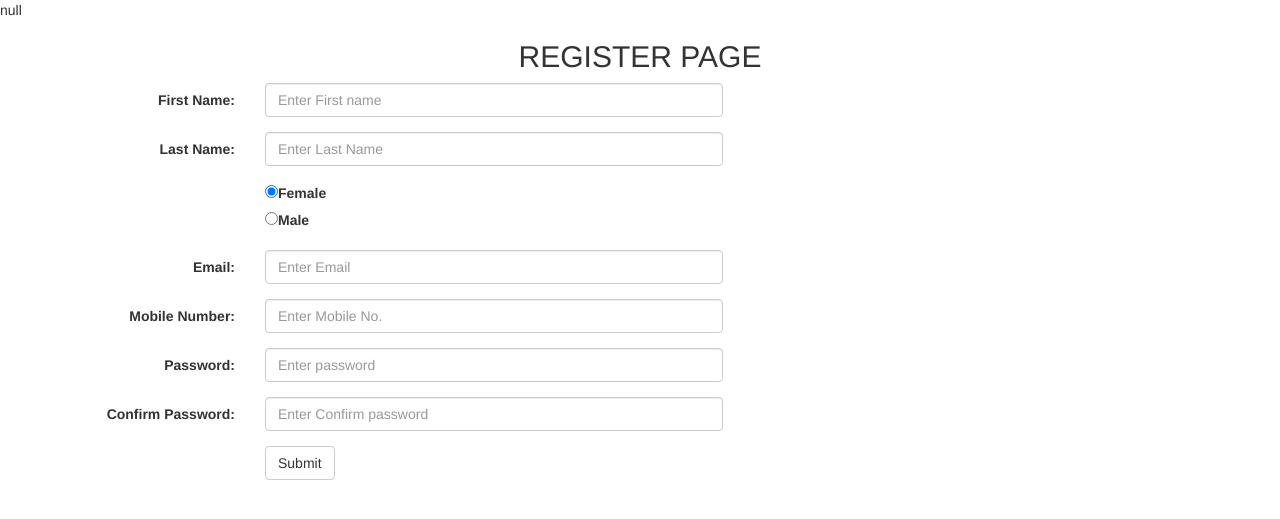
Repository: AvantiKopulwar/Task-Workspace
Page: http://localhost/AdminStudentLogin/register.jsp
The author's editor kept a copy of each file at every save. The page is drawn from the files as they stood at one save, then again after the next save.
The browser window is 1280 px wide. The pictures show the whole page.
The page is served by Tomcat 9.

Above is the page before, as saved 2018-10-04 12:49:27.

After the next save:
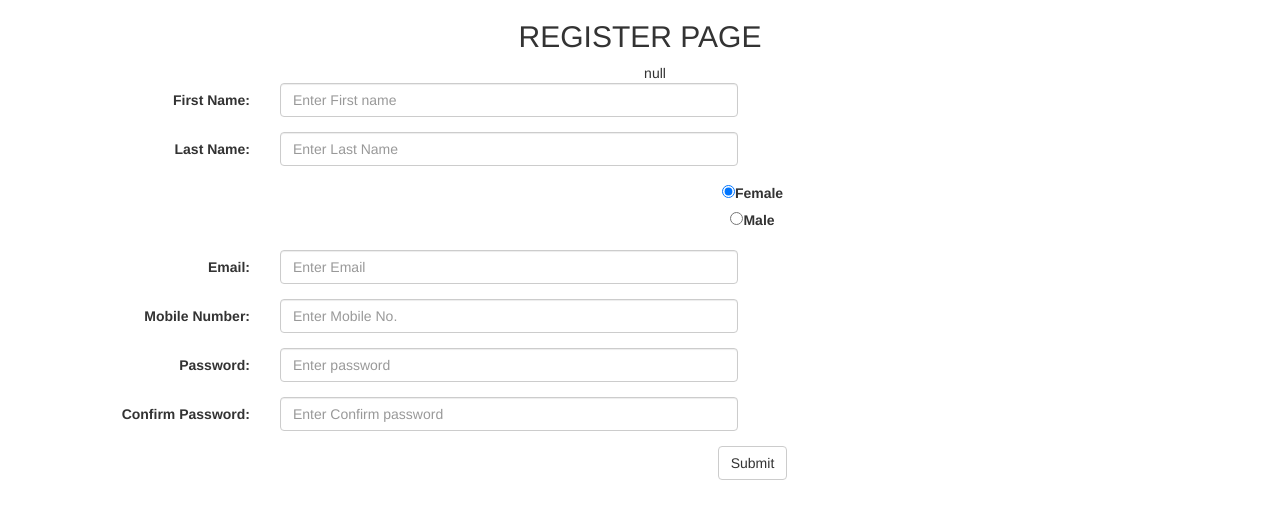
Saved 6 min 46 s later.
--- a/AdminStudentLogin/WebContent/register.jsp
+++ b/AdminStudentLogin/WebContent/register.jsp
@@ -1,6 +1,4 @@
-<%String message= (String) request.getAttribute("msg");
-out.println(message);
-%>
+
 <%@ page language="java" contentType="text/html; charset=ISO-8859-1"
 	pageEncoding="ISO-8859-1"%>
 <!DOCTYPE html>
@@ -21,8 +19,13 @@ out.println(message);
 	<div class="container">
 		<h2 align="center">REGISTER PAGE</h2>
 		<form class="form-horizontal" action="register">
-
-
+<div class="container" align="center" fontcolor="red">
+<form class="form-horizontal" >
+<%
+	String message = (String) request.getAttribute("msg");
+	out.println(message);
+%>
+ </form>
 			<div class="form-group">
 				<label class="control-label col-sm-2" for="firstName">First
 					Name:</label>
@@ -40,9 +43,11 @@ out.println(message);
 				</div>
 			</div>
 			<div class="form-group ">
-					<label class="col-sm-offset-2 col-sm-10" > <input type="radio" name="optradio" checked>Female
-					</label> <label class="col-sm-offset-2 col-sm-10"> <input type="radio" name="optradio">Male
-					</label>
+				<label class="col-sm-offset-2 col-sm-10"> <input
+					type="radio" name="optradio" checked>Female
+				</label> <label class="col-sm-offset-2 col-sm-10"> <input
+					type="radio" name="optradio">Male
+				</label>
 			</div>
 
 			<div class="form-group">
@@ -53,7 +58,8 @@ out.println(message);
 				</div>
 			</div>
 			<div class="form-group">
-				<label class="control-label col-sm-2" for="mobNo">Mobile Number:</label>
+				<label class="control-label col-sm-2" for="mobNo">Mobile
+					Number:</label>
 				<div class="col-sm-5">
 					<input type="text" class="form-control" id="mobNo"
 						placeholder="Enter Mobile No." name="mobNo">
@@ -67,7 +73,8 @@ out.println(message);
 				</div>
 			</div>
 			<div class="form-group">
-				<label class="control-label col-sm-2" for="conpassword">Confirm Password:</label>
+				<label class="control-label col-sm-2" for="conpassword">Confirm
+					Password:</label>
 				<div class="col-sm-5">
 					<input type="password" class="form-control" id="conpassword"
 						placeholder="Enter Confirm password" name="conpassword">
